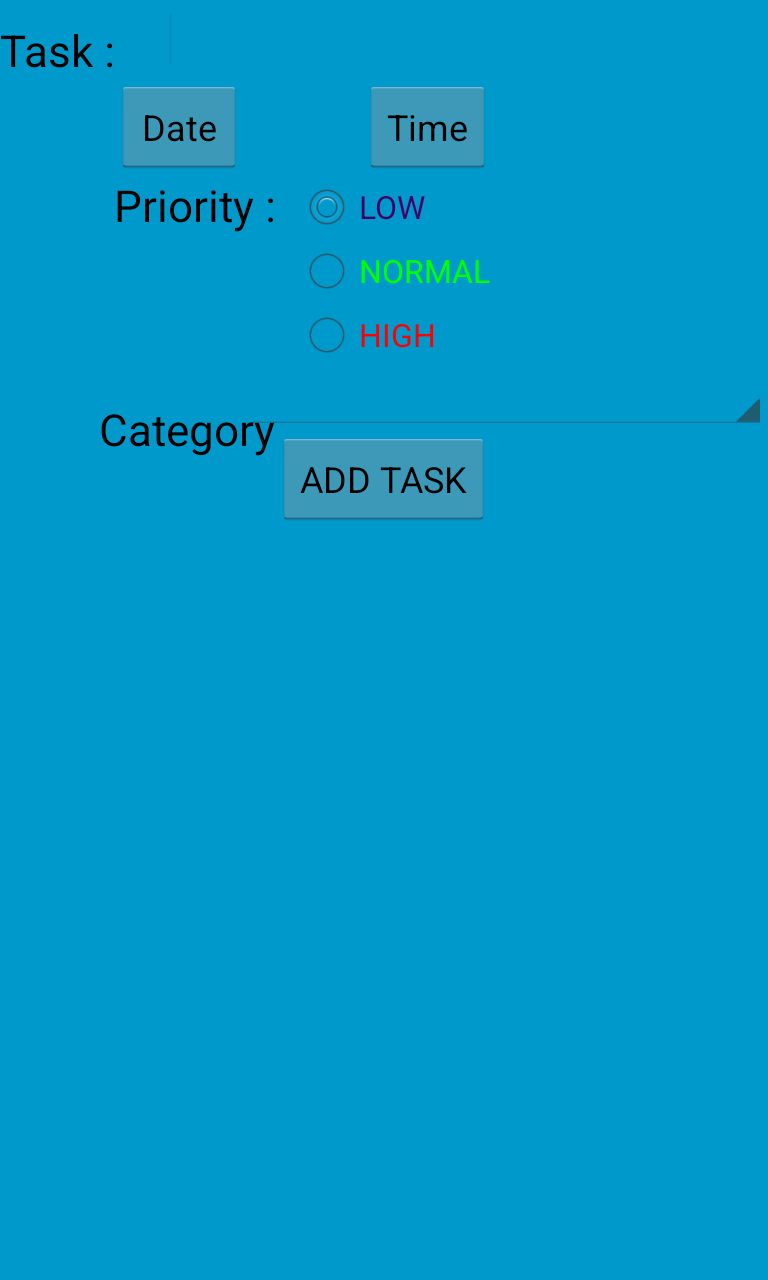
Repository: satyadarls/ToDo
Layout: ToDo/res/layout/customdialog_layout.xml
An editor plug-in stored every save of this project. The layout is shown before and after the next save, followed by the edit.
It is drawn on a 768 x 1280 px phone screen (xhdpi) without system bars, with theme AppTheme; the app's code is not run.

Above is the layout before, as saved 2014-07-07 18:22:32.

After the next save:
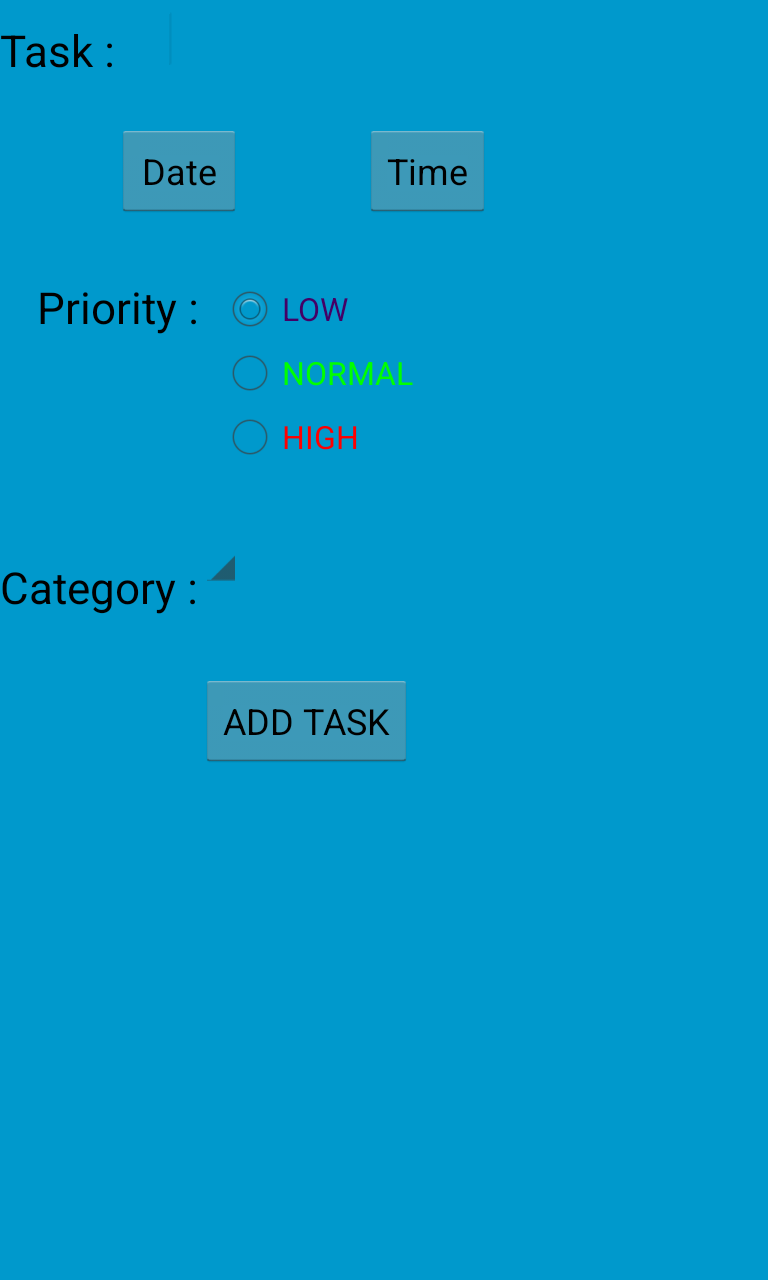
Saved 37 s later.
--- a/ToDo/res/layout/customdialog_layout.xml
+++ b/ToDo/res/layout/customdialog_layout.xml
@@ -24,6 +24,15 @@
         android:layout_toRightOf="@+id/datebutton"
         android:text="Time" />
 
+    <Button
+        android:id="@+id/datebutton"
+        android:layout_width="wrap_content"
+        android:layout_height="wrap_content"
+        android:layout_below="@+id/dialogTaskText"
+        android:layout_marginTop="22dp"
+        android:layout_toRightOf="@+id/textView1"
+        android:text="Date" />
+
     <EditText
         android:id="@+id/dialogTaskText"
         android:layout_width="wrap_content"
@@ -36,51 +45,36 @@
         <requestFocus />
     </EditText>
 
-    <Button
-        android:id="@+id/datebutton"
-        android:layout_width="wrap_content"
-        android:layout_height="wrap_content"
-        android:layout_below="@+id/dialogTaskText"
-        android:layout_toRightOf="@+id/textView1"
-        android:text="Date" />
-
     <RadioGroup
         android:id="@+id/radioGroup1"
         android:layout_width="wrap_content"
         android:layout_height="wrap_content"
         android:layout_alignRight="@+id/dialogButton"
-        android:layout_below="@+id/timebutton" >
+        android:layout_below="@+id/timebutton"
+        android:layout_marginTop="29dp" >
 
         <RadioButton
             android:id="@+id/radio0"
             android:layout_width="wrap_content"
             android:layout_height="wrap_content"
             android:checked="true"
-            android:text="LOW"
-            android:textColor="#440066" />
+            android:textColor="#440066"
+            android:text="LOW" />
 
         <RadioButton
             android:id="@+id/radio1"
             android:layout_width="wrap_content"
             android:layout_height="wrap_content"
-            android:text="NORMAL"
-            android:textColor="#00ff00" />
+            android:textColor="#00ff00"
+            android:text="NORMAL" />
 
         <RadioButton
             android:id="@+id/radio2"
             android:layout_width="wrap_content"
             android:layout_height="wrap_content"
-            android:text="HIGH"
-            android:textColor="#ff0000" />
+            android:textColor="#ff0000"
+            android:text="HIGH" />
     </RadioGroup>
-
-    <Spinner
-        android:id="@+id/spinnercategory"
-        android:layout_width="wrap_content"
-        android:layout_height="wrap_content"
-        android:layout_alignParentRight="true"
-        android:layout_below="@+id/radioGroup1"
-        android:layout_toRightOf="@+id/datebutton" />
 
     <TextView
         android:id="@+id/textView2"
@@ -91,22 +85,31 @@
         android:text="Priority :"
         android:textAppearance="?android:attr/textAppearanceLarge" />
 
+    <Spinner
+        android1:id="@+id/spinnercategory"
+        android1:layout_width="wrap_content"
+        android1:layout_height="wrap_content"
+        android1:layout_alignLeft="@+id/dialogButton"
+        android1:layout_below="@+id/radioGroup1"
+        android1:layout_marginTop="28dp" />
+
     <TextView
-        android:id="@+id/textView3"
-        android:layout_width="wrap_content"
-        android:layout_height="wrap_content"
-        android:layout_alignTop="@+id/spinnercategory"
-        android:layout_marginTop="16dp"
-        android:layout_toLeftOf="@+id/dialogButton"
-        android:text="Category"
-        android:textAppearance="?android:attr/textAppearanceLarge" />
+        android1:id="@+id/textView3"
+        android1:layout_width="wrap_content"
+        android1:layout_height="wrap_content"
+        android1:layout_alignParentLeft="true"
+        android1:layout_alignTop="@+id/spinnercategory"
+        android1:layout_marginTop="16dp"
+        android1:text="Category :"
+        android1:textAppearance="?android:attr/textAppearanceLarge" />
 
     <Button
-        android:id="@+id/dialogButton"
-        android:layout_width="wrap_content"
-        android:layout_height="wrap_content"
-        android:layout_below="@+id/spinnercategory"
-        android:layout_centerHorizontal="true"
-        android:text="ADD TASK" />
+        android1:id="@+id/dialogButton"
+        android1:layout_width="wrap_content"
+        android1:layout_height="wrap_content"
+        android1:layout_below="@+id/spinnercategory"
+        android1:layout_marginTop="42dp"
+        android1:layout_toRightOf="@+id/textView3"
+        android1:text="ADD TASK" />
 
 </RelativeLayout>
